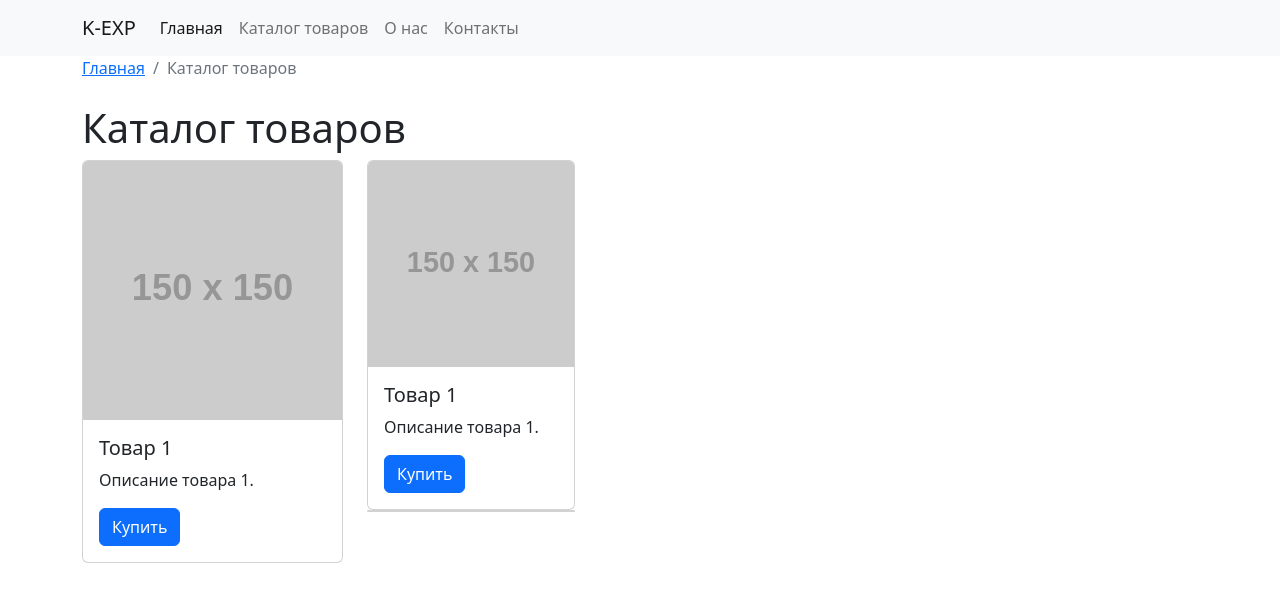
Repository: smartsoltech/kexp-shop
Page: main/catalog/templates/catalog/base.html
These files come from the project's save history. The page is drawn as it stood at one moment and after the next save; the edit follows.
The browser window is 1280 px wide. The pictures show the whole page.
The template is drawn by Django 4.2. The application's start-up code is not run. Other server files are loaded and not shown. The template is opened directly, without the code that normally fills it, so the values that code supplies are empty.

Above is the page before, as saved 2023-03-14 13:43:12.

### main/catalog/templates/catalog/base.html
<!DOCTYPE html>
<html lang="ru">
<head>
  <meta charset="UTF-8">
  <meta name="viewport" content="width=device-width, initial-scale=1.0">
  <title>{% block title %}{% endblock %}</title>
  <!-- Подключение Bootstrap CSS -->
  <link rel="stylesheet" href="https://cdn.jsdelivr.net/npm/bootstrap@5.2.3/dist/css/bootstrap.min.css" integrity="sha384-rbsA2VBKQhggwzxH7pPCaAqO46MgnOM80zW1RWuH61DGLwZJEdK2Kadq2F9CUG65" crossorigin="anonymous"></head>
<body>

  <!-- Навигационная панель -->
  <nav class="navbar navbar-expand-lg navbar-light bg-light">
    <div class="container">
      <a class="navbar-brand" href="{% url 'home' %}">K-EXP</a>
      <button class="navbar-toggler" type="button" data-bs-toggle="collapse" data-bs-target="#navbarNav" aria-controls="navbarNav" aria-expanded="false" aria-label="Toggle navigation">
        <span class="navbar-toggler-icon"></span>
      </button>
      <div class="collapse navbar-collapse" id="navbarNav">
        <ul class="navbar-nav">
          <li class="nav-item">
            <a class="nav-link active" aria-current="page" href="{% url 'home' %}">Главная</a>
          </li>
          <li class="nav-item">
            <a class="nav-link" href="#">Каталог товаров</a>
          </li>
          <li class="nav-item">
            <a class="nav-link" href="{% url 'about' %}">О нас</a>
          </li>
          <li class="nav-item">
            <a class="nav-link" href="#">Контакты</a>
          </li>
        </ul>
      </div>
    </div>
  </nav>

  <!-- Хлебные крошки -->
  <nav aria-label="breadcrumb">
    <div class="container">
      <ol class="breadcrumb">
        <li class="breadcrumb-item"><a href="#">Главная</a></li>
        <li class="breadcrumb-item active" aria-current="page">Каталог товаров</li>
      </ol>
    </div>
  </nav>

  <!-- Основное содержимое -->
  <div class="container my-4">
    <h1>Каталог товаров</h1>
    <div class="row">
      <div class="col-md-3">
        <div class="card">
          <img src="https://via.placeholder.com/150" class="card-img-top" alt="...">
          <div class="card-body">
            <h5 class="card-title">Товар 1</h5>
            <p class="card-text">Описание товара 1.</p>
            <a href="#" class="btn btn-primary">Купить</a>
          </div>
        </div>
      </div>
      <div class="col">
        <div class="col-md-3">
          <div class="card">
            <img src="https://via.placeholder.com/150" class="card-img-top" alt="...">
            <div class="card-body">
              <h5 class="card-title">Товар 1</h5>
              <p class="card-text">Описание товара 1.</p>
              <a href="#" class="btn btn-primary">Купить</a>
            </div>
          </div>
        </div>
      <div class="col-md-3">
        <div class="card">
          <img src="https://via.placeholder.com/150" class="

After the next save:
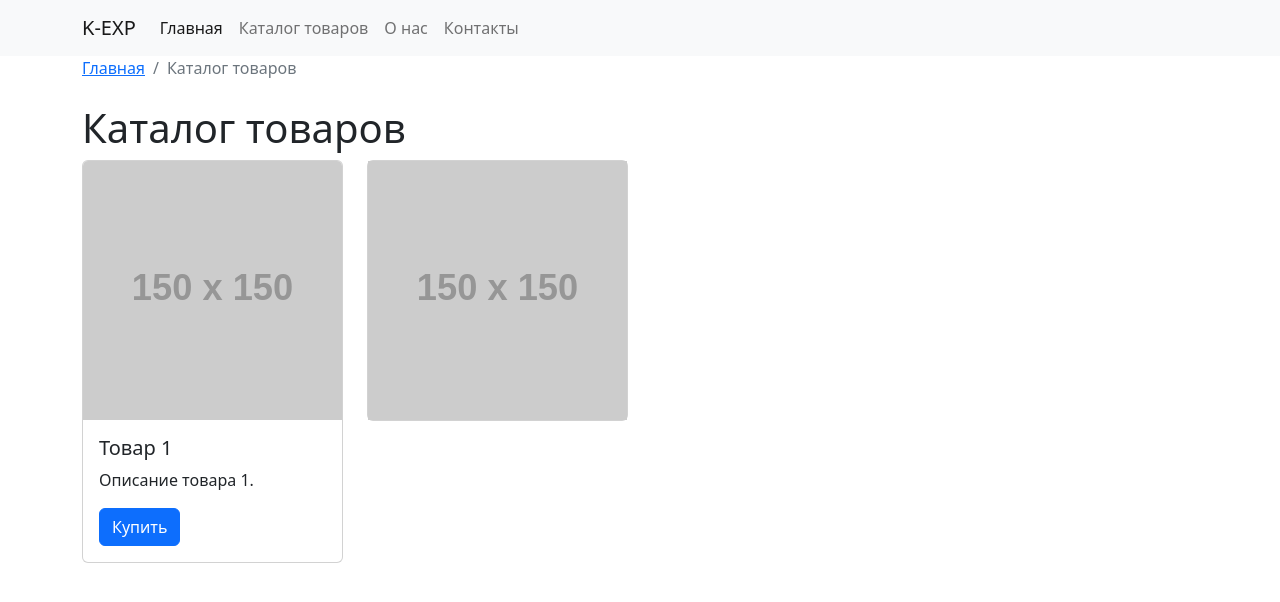
Saved 27 s later.
--- a/main/catalog/templates/catalog/base.html
+++ b/main/catalog/templates/catalog/base.html
@@ -58,17 +58,6 @@
           </div>
         </div>
       </div>
-      <div class="col">
-        <div class="col-md-3">
-          <div class="card">
-            <img src="https://via.placeholder.com/150" class="card-img-top" alt="...">
-            <div class="card-body">
-              <h5 class="card-title">Товар 1</h5>
-              <p class="card-text">Описание товара 1.</p>
-              <a href="#" class="btn btn-primary">Купить</a>
-            </div>
-          </div>
-        </div>
       <div class="col-md-3">
         <div class="card">
-          <img src="https://via.placeholder.com/150" class="
+          <img src="https://via.placeholder.com/150">
